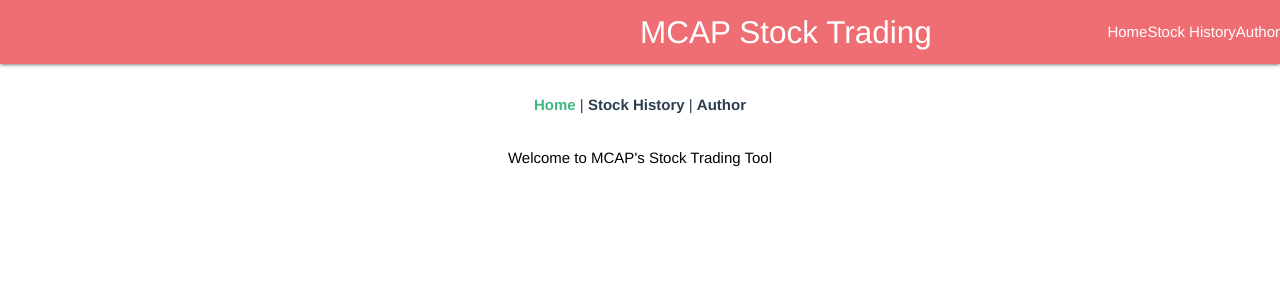
Repository: pandyarudra/stock-symbol-app
Page: /
The author's editor kept a copy of each file at every save. The page is drawn from the files as they stood at one save, then again after the next save.
The browser window is 1280 px wide. The pictures show the whole page.
The project was rebuilt for these pictures with package versions that can differ from the ones it lists, and the page was loaded fresh each time.

Above is the page before, as saved 2020-09-14 22:08:04.

### src/main.js
import Vue from 'vue';
import App from './App.vue';
import router from './router';
import 'materialize-css';
import 'materialize-css/dist/css/materialize.min.css';

Vue.config.productionTip = false;

new Vue({
  router,
  render: h => h(App)
}).$mount('#app');

### src/App.vue
<template>
  <div id="app">
    <TopNav />
    <div id="nav">
      <router-link to="/">Home</router-link> |
      <router-link to="/stockHistory">Stock History</router-link> |
      <router-link to="/about">Author</router-link>
    </div>
    <router-view/>
  </div>
</template>


<script>
import M from 'materialize-css';
import TopNav from '@/components/TopNav.vue'

export default {
  mounted() {
    M.AutoInit();
  },
  components: {
    TopNav
  }
}
</script>

<style lang="scss">

  // $primary-color: color("materialize-red", "lighten-2") !default;
  // $primary-color-light: false !default;
  // $primary-color-dark: false !default;
  // @if not $primary-color-light {
  //   $primary-color-light: lighten($primary-color, 15%);
  // }
  // @if not $primary-color-dark {
  //   $primary-color-dark: darken($primary-color, 15%);
  // }
  // $secondary-color: color("teal", "lighten-1") !default;
  // $success-color: color("green", "base") !default;
  // $error-color: color("red", "base") !default;
  // $link-color: color("light-blue", "darken-1") !default;

#app {

  font-family: Avenir, Helvetica, Arial, sans-serif;
  -webkit-font-smoothing: antialiased;
  -moz-osx-font-smoothing: grayscale;
  text-align: center;
  color: #2c3e50;
}

#nav {
  padding: 30px;

  a {
    font-weight: bold;
    color: #2c3e50;

    &.router-link-exact-active {
      color: #42b983;
    }
  }
}
</style>

### src/router/index.js
import Vue from 'vue'
import VueRouter from 'vue-router'

Vue.use(VueRouter)

const routes = [
  {
    path: '/',
    name: 'WelcomePage',
    component: () => import(/* webpackChunkName: "about" */ '../views/WelcomePage.vue')
  },
  {
    path: '/about',
    name: 'About',
    // route level code-splitting
    // this generates a separate chunk (about.[hash].js) for this route
    // which is lazy-loaded when the route is visited.
    component: () => import(/* webpackChunkName: "about" */ '../views/About.vue')
  }
]

const router = new VueRouter({
  routes
})

export default router

### src/components/TopNav.vue
<template>
     <nav>
    <div class="nav-wrapper">
      <a href="#" class="brand-logo">MCAP Stock Trading</a>
      <ul id="nav-mobile" class="right hide-on-med-and-down">
        <router-link to="/" tag="li">Home</router-link>
        <router-link to="/stockHistory" tag="li">Stock History</router-link>
        <router-link to="/author" tag="li">Author</router-link>
        <!-- <router-link to="/foo" tag="li">Rudra</router-link> -->

      </ul>
    </div>
  </nav>
</template>

### src/views/WelcomePage.vue
<template>
    <div>Welcome to MCAP's Stock Trading Tool
    </div>
</template>


<script>
export default {
  name: 'WelcomePage',
  props: {
    msg: String
  }
}
</script>

<!-- Add "scoped" attribute to limit CSS to this component only -->
<style scoped lang="scss">
  div {
      color: black;
      text-align: center;
  }
</style>

Loaded but not shown: public/index.html (common file)

After the next save:
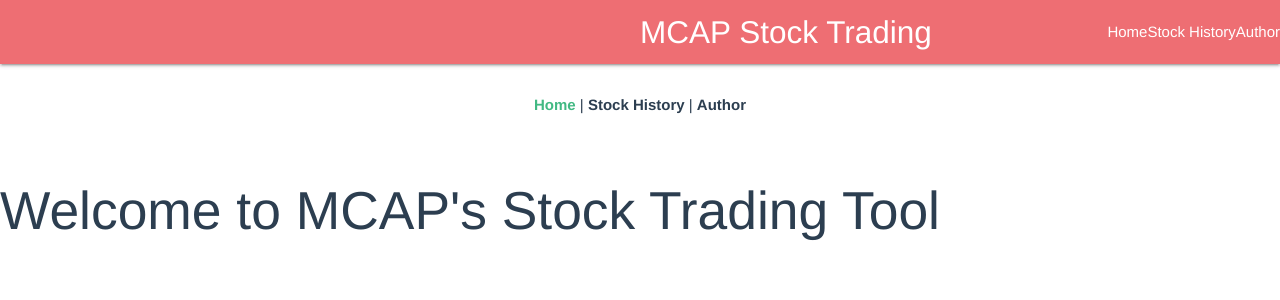
Saved 109 s later.
--- a/src/views/WelcomePage.vue
+++ b/src/views/WelcomePage.vue
@@ -1,6 +1,6 @@
 <template>
-    <div>Welcome to MCAP's Stock Trading Tool
-    </div>
+    <h2 class="left">Welcome to MCAP's Stock Trading Tool
+    </h2>
 </template>
 
 
